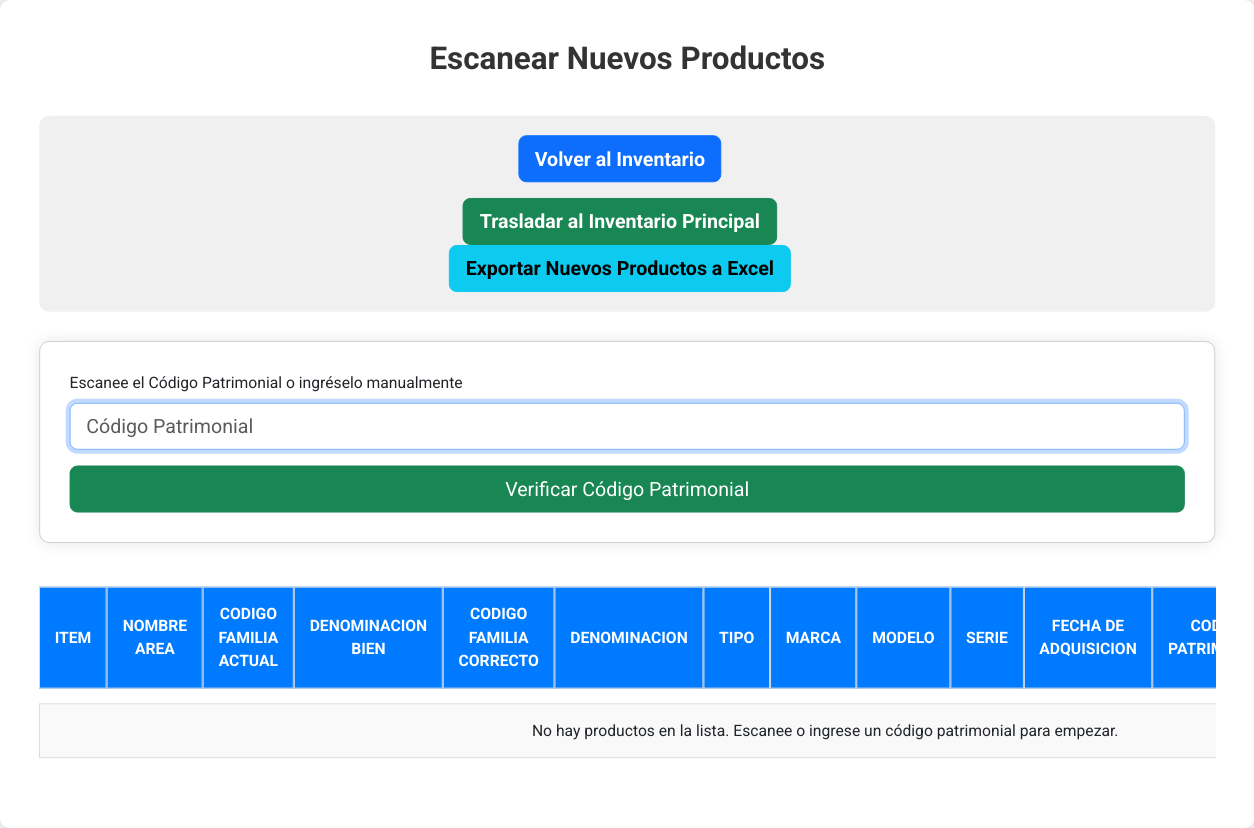
Repository: jorgemendozapachecoo-coder/PROYECTO-INVENTARIO-ESCANER-LOGISTICA-HJCM
Page: http://localhost/realinventario/new_products_scan.php
The author's editor kept a copy of each file at every save. The page is drawn from the files as they stood at one save, then again after the next save.
The browser window is 1280 px wide. The pictures show the whole page, at 98% of full size.
The page is run by PHP 8.4 with error messages shown; the project is at /var/www/html/. The session is filled in as if someone had signed in: {"id_usuario": 1, "nombre_usuario": "testuser", "tipo_usuario": "admin"}. Other server files are loaded and not shown. Queries for data that is not in the repository find no rows.

Above is the page before, as saved 2024-12-15 07:20:57.

### new_products_scan.php
<?php
require_once 'db.php';
session_start();

// Verificar si el usuario ha iniciado sesión
if (!isset($_SESSION['id_usuario'])) {
    header('Location: login.php');
    exit;
}

// Inicializar variables para manejar mensajes de éxito/error
$mensaje = '';
$mostrarFormulario = false;

// Añadir o buscar producto al escanear
if ($_SERVER['REQUEST_METHOD'] == 'POST' && isset($_POST['codigo_patrimonial'])) {
    $codigoPatrimonial = trim($_POST['codigo_patrimonial']);

    // Verificar si el producto ya existe en PRODUCTOS_NUEVOS
    $sqlCheckNuevos = "SELECT * FROM PRODUCTOS_NUEVOS WHERE CODIGO_PATRIMONIAL = ?";
    $stmtCheckNuevos = $conn->prepare($sqlCheckNuevos);
    $stmtCheckNuevos->bind_param("s", $codigoPatrimonial);
    $stmtCheckNuevos->execute();
    $resultCheckNuevos = $stmtCheckNuevos->get_result();

    if ($resultCheckNuevos->num_rows > 0) {
        // Si el producto ya existe en PRODUCTOS_NUEVOS, abrir el formulario para completarlo
        $productoExistente = $resultCheckNuevos->fetch_assoc();
        $mostrarFormulario = true; // Mostrar el formulario para llenar detalles adicionales
    } else {
        // Producto no existe en PRODUCTOS_NUEVOS, verificar si existe en INVENTARIO
        $sqlCheckInventario = "SELECT * FROM INVENTARIO WHERE CODIGO_PATRIMONIAL = ?";
        $stmtCheckInventario = $conn->prepare($sqlCheckInventario);
        $stmtCheckInventario->bind_param("s", $codigoPatrimonial);
        $stmtCheckInventario->execute();
        $resultCheckInventario = $stmtCheckInventario->get_result();

        if ($resultCheckInventario->num_rows > 0) {
            // Producto existe en INVENTARIO, agregar todos los datos a PRODUCTOS_NUEVOS
            $productoExistente = $resultCheckInventario->fetch_assoc();

            $fechaActual = date('Y-m-d');

            // Calcular la antigüedad
            $antiguedad = 0;
            if (!empty($productoExistente['FECHA_ADQUISICION'])) {
                $fechaAdquisicionDate = new DateTime($productoExistente['FECHA_ADQUISICION']);
                $hoy = new DateTime();
                $antiguedad = $hoy->diff($fechaAdquisicionDate)->y;
            }

            // Insertar producto en PRODUCTOS_NUEVOS con todos los datos
            $sqlInsert = "INSERT INTO PRODUCTOS_NUEVOS (CODIGO_PATRIMONIAL, NOMBRE_AREA, CODIGO_FAMILIA_ACTUAL, DENOMINACION_BIEN, CODIGO_FAMILIA_CORRECTO, DENOMINACION, TIPO, MARCA, MODELO, SERIE, FECHA_ADQUISICION, FECHA_ACTUAL, ANTIGUEDAD)
                          VALUES (?, ?, ?, ?, ?, ?, ?, ?, ?, ?, ?, ?, ?)";
            $stmtInsert = $conn->prepare($sqlInsert);
            $stmtInsert->bind_param(
                "ssssssssssssi",
                $productoExistente['CODIGO_PATRIMONIAL'],
                $productoExistente['NOMBRE_AREA'],
                $productoExistente['CODIGO_FAMILIA_ACTUAL'],
                $productoExistente['DENOMINACION_BIEN'],
                $productoExistente['CODIGO_FAMILIA_CORRECTO'],
                $productoExistente['DENOMINACION'],
                $productoExistente['TIPO'],
                $productoExistente['MARCA'],
                $productoExistente['MODELO'],
                $productoExistente['SERIE'],
                $productoExistente['FECHA_ADQUISICION'],
                $fechaActual,
                $antiguedad
            );

            if ($stmtInsert->execute()) {
                $mensaje = "El producto con el código patrimonial '{$codigoPatrimonial}' se ha añadido a la lista automáticamente.";
            } else {
                $mensaje = "Error al añadir el producto existente. Por favor, intenta de nuevo.";
            }
        } else {
            // Producto no existe en INVENTARIO ni en PRODUCTOS_NUEVOS, agregarlo automáticamente a PRODUCTOS_NUEVOS
            $fechaActual = date('Y-m-d');
            $sqlInsertNuevo = "INSERT INTO PRODUCTOS_NUEVOS (CODIGO_PATRIMONIAL, FECHA_ACTUAL) VALUES (?, ?)";
            $stmtInsertNuevo = $conn->prepare($sqlInsertNuevo);
            $stmtInsertNuevo->bind_param("ss", $codigoPatrimonial, $fechaActual);

            if ($stmtInsertNuevo->execute()) {
                $mensaje = "El nuevo producto con el código patrimonial '{$codigoPatrimonial}' se ha añadido a la lista.";
            } else {
                $mensaje = "Error al añadir el nuevo producto. Por favor, intenta de nuevo.";
            }
        }
    }
}

// Añadir nuevo producto si se completa el formulario
if ($_SERVER['REQUEST_METHOD'] == 'POST' && isset($_POST['nuevo_producto'])) {
    $codigoPatrimonial = trim($_POST['codigo_patrimonial']);
    $nombreArea = trim($_POST['nombre_area']);
    $codigoFamiliaActual = trim($_POST['codigo_familia_actual']);
    $denominacionBien = trim($_POST['denominacion_bien']);
    $codigoFamiliaCorrecto = trim($_POST['codigo_familia_correcto']);
    $denominacion = trim($_POST['denominacion']);
    $tipo = trim($_POST['tipo']);
    $marca = trim($_POST['marca']);
    $modelo = trim($_POST['modelo']);
    $serie = trim($_POST['serie']);
    $fechaAdquisicion = trim($_POST['fecha_adquisicion']);
    $fechaActual = date('Y-m-d');

    // Calcular la antigüedad
    $antiguedad = 0;
    if (!empty($fechaAdquisicion)) {
        $fechaAdquisicionDate = new DateTime($fechaAdquisicion);
        $hoy = new DateTime();
        $antiguedad = $hoy->diff($fechaAdquisicionDate)->y;
    }

    // Actualizar producto en PRODUCTOS_NUEVOS con los detalles adicionales
    $sqlUpdate = "UPDATE PRODUCTOS_NUEVOS SET NOMBRE_AREA = ?, CODIGO_FAMILIA_ACTUAL = ?, DENOMINACION_BIEN = ?, CODIGO_FAMILIA_CORRECTO = ?, DENOMINACION = ?, TIPO = ?, MARCA = ?, MODELO = ?, SERIE = ?, FECHA_ADQUISICION = ?, FECHA_ACTUAL = ?, ANTIGUEDAD = ? WHERE CODIGO_PATRIMONIAL = ?";
    $stmtUpdate = $conn->prepare($sqlUpdate);
    $stmtUpdate->bind_param(
        "sssssssssssis",
        $nombreArea,
        $codigoFamiliaActual,
        $denominacionBien,
        $codigoFamiliaCorrecto,
        $denominacion,
        $tipo,
        $marca,
        $modelo,
        $serie,
        $fechaAdquisicion,
        $fechaActual,
        $antiguedad,
        $codigoPatrimonial
    );

    if ($stmtUpdate->execute()) {
        $mensaje = "Producto actualizado correctamente con el código patrimonial '{$codigoPatrimonial}'.";
        // Redirigir para recargar la página y mostrar el producto actualizado
        header("Location: new_products_scan.php#inventoryTable");
        exit;
    } else {
        $mensaje = "Error al actualizar el producto. Por favor, intenta de nuevo.";
    }
}

// Eliminar producto de PRODUCTOS_NUEVOS
if (isset($_GET['delete_id'])) {
    $deleteId = intval($_GET['delete_id']);
    $sqlDelete = "DELETE FROM PRODUCTOS_NUEVOS WHERE ID = ?";
    $stmtDelete = $conn->prepare($sqlDelete);
    $stmtDelete->bind_param("i", $deleteId);
    $stmtDelete->execute();
    header("Location: new_products_scan.php");
    exit;
}

/// Transferir productos de PRODUCTOS_NUEVOS al INVENTARIO con ITEM incrementado
if (isset($_POST['transfer_products'])) {
    // Obtener todos los productos de PRODUCTOS_NUEVOS
    $sqlGetProducts = "SELECT * FROM PRODUCTOS_NUEVOS";
    $resultProducts = $conn->query($sqlGetProducts);

    if ($resultProducts && $resultProducts->num_rows > 0) {
        $transferCount = 0;

        // Iterar por cada producto y transferir
        while ($product = $resultProducts->fetch_assoc()) {
            // Obtener el último ITEM de la tabla INVENTARIO
            $sqlLastItem = "SELECT MAX(ITEM) AS last_item FROM INVENTARIO";
            $resultLastItem = $conn->query($sqlLastItem);
            $lastItemRow = $resultLastItem->fetch_assoc();
            $newItem = ($lastItemRow['last_item'] ?? 0) + 1; // Incrementar ITEM

            // Insertar el producto en INVENTARIO con ITEM incrementado
            $sqlInsertInventory = "INSERT INTO INVENTARIO (ITEM, CODIGO_PATRIMONIAL, NOMBRE_AREA, CODIGO_FAMILIA_ACTUAL, DENOMINACION_BIEN, CODIGO_FAMILIA_CORRECTO, DENOMINACION, TIPO, MARCA, MODELO, SERIE, FECHA_ADQUISICION, FECHA_ACTUAL, ANTIGÜEDAD)
                                   VALUES (?, ?, ?, ?, ?, ?, ?, ?, ?, ?, ?, ?, ?, ?)";
            $stmtInsertInventory = $conn->prepare($sqlInsertInventory);
            $stmtInsertInventory->bind_param(
                "issssssssssssi",
                $newItem,
                $product['CODIGO_PATRIMONIAL'],
                $product['NOMBRE_AREA'],
                $product['CODIGO_FAMILIA_ACTUAL'],
                $product['DENOMINACION_BIEN'],
                $product['CODIGO_FAMILIA_CORRECTO'],
                $product['DENOMINACION'],
                $product['TIPO'],
                $product['MARCA'],
                $product['MODELO'],
                $product['SERIE'],
                $product['FECHA_ADQUISICION'],
                $product['FECHA_ACTUAL'],
                $product['ANTIGÜEDAD']
            );

            if ($stmtInsertInventory->execute()) {
                $transferCount++;
            }
        }

        // Mensaje de éxito
        $mensaje = "Se trasladaron {$transferCount} productos al inventario principal.";
    } else {
        $mensaje = "No hay productos en la lista de nuevos productos para trasladar.";
    }
}


// Obtener datos de los productos nuevos
$sql = "SELECT * FROM PRODUCTOS_NUEVOS";
$result = $conn->query($sql);
?>

<!DOCTYPE html>
<html lang="es">
<head>
    <meta charset="UTF-8">
    <meta name="viewport" content="width=device-width, initial-scale=1">
    <title>Escanear Nuevos Productos - Sistema de Gestión</title>
    <!-- Enlace a Bootstrap -->
    <link href="https://cdn.jsdelivr.net/npm/bootstrap@5.3.0/dist/css/bootstrap.min.css" rel="stylesheet">
    <link href="https://fonts.googleapis.com/css2?family=Roboto:wght@400;700&display=swap" rel="stylesheet">
    <style>
        body {
            background-color: #f8f9fa;
            font-family: 'Roboto', sans-serif;
        }
        .container-fluid {
            padding: 40px;
            background-color: #ffffff;
            border-radius: 10px;
            box-shadow: 0px 0px 15px rgba(0, 0, 0, 0.2);
        }
        h2 {
            font-family: 'Roboto', sans-serif;
            font-weight: 700;
            text-align: center;
            margin-bottom: 40px;
            color: #333;
        }
        .button-container {
            background-color: #f0f0f0;
            padding: 20px;
            border-radius: 10px;
            margin-bottom: 30px;
        }
        .button-container .btn {
            margin-right: 15px;
            font-weight: bold;
        }
        .card {
            border-radius: 10px;
            box-shadow: 0px 0px 15px rgba(0, 0, 0, 0.1);
            padding: 30px;
            background-color: #ffffff;
            margin-bottom: 30px;
        }
        .table {
            table-layout: auto;
            border-collapse: separate;
            border-spacing: 0 15px;
        }
        .table th, .table td {
            text-align: center;
            vertical-align: middle;
            padding: 15px;
            border: 1px solid #ddd;
        }
        .table th {
            background-color: #007bff;
            color: #ffffff;
            font-weight: bold;
        }
        .table td {
            background-color: #f9f9f9;
        }
        .antiguedad-roja {
            background-color: #ff0000 !important; /* Fondo rojo fuerte para antigüedad mayor a 10 años */
            color: #ffffff !important; /* Texto blanco */
            font-weight: bold;
        }
        .btn-primary, .btn-warning, .btn-danger {
            font-weight: bold;
        }
    </style>
</head>
<body>
    <div class="container-fluid">
        <h2>Escanear Nuevos Productos</h2>
        <div class="button-container text-center mt-3">
    <a href="view_inventory.php" class="btn btn-primary btn-lg">Volver al Inventario</a>
    <form method="POST" action="new_products_scan.php" class="text-center mt-3">
    <button type="submit" name="transfer_products" class="btn btn-success btn-lg">
        Trasladar al Inventario Principal
    </button>
    </form>
    <a href="export_new_products.php" class="btn btn-info btn-lg">Exportar Nuevos Productos a Excel</a>
</div>
        <?php if ($mensaje): ?>
            <div class="alert alert-info text-center">
                <?php echo htmlspecialchars($mensaje ?? '', ENT_QUOTES, 'UTF-8'); ?>
            </div>
        <?php endif; ?>

        <!-- Escaneo o ingreso de código patrimonial -->
        <div class="card">
            <form method="POST" action="new_products_scan.php">
                <div class="mb-3">
                    <label for="barcodeInput" class="form-label">Escanee el Código Patrimonial o ingréselo manualmente</label>
                    <input type="text" id="barcodeInput" name="codigo_patrimonial" class="form-control form-control-lg" placeholder="Código Patrimonial" autofocus required>
                </div>
                <button type="submit" class="btn btn-success btn-lg w-100">Verificar Código Patrimonial</button>
            </form>
        </div>

        <!-- Formulario para agregar nuevo producto si se escanea por segunda vez -->
        <?php if ($mostrarFormulario): ?>
            <div class="card" id="newProductForm">
                <h3 class="text-center mb-4">Añadir Nuevo Producto</h3>
                <form method="POST" action="new_products_scan.php">
                    <input type="hidden" name="codigo_patrimonial" value="<?php echo htmlspecialchars($codigoPatrimonial ?? '', ENT_QUOTES, 'UTF-8'); ?>">
                    <!-- Agregar todos los encabezados -->
                    <div class="row">
                        <div class="col-md-6 mb-3">
                            <label for="nombre_area" class="form-label">Nombre Área</label>
                            <input type="text" id="nombre_area" name="nombre_area" class="form-control">
                        </div>
                        <div class="col-md-6 mb-3">
                            <label for="codigo_familia_actual" class="form-label">Código Familia Actual</label>
                            <input type="text" id="codigo_familia_actual" name="codigo_familia_actual" class="form-control">
                        </div>
                        <div class="col-md-6 mb-3">
                            <label for="denominacion_bien" class="form-label">Denominación Bien</label>
                            <input type="text" id="denominacion_bien" name="denominacion_bien" class="form-control">
                        </div>
                        <div class="col-md-6 mb-3">
                            <label for="codigo_familia_correcto" class="form-label">Código Familia Correcto</label>
                            <input type="text" id="codigo_familia_correcto" name="codigo_familia_correcto" class="form-control">
                        </div>
                        <div class="col-md-6 mb-3">
                            <label for="denominacion" class="form-label">Denominación</label>
                            <input type="text" id="denominacion" name="denominacion" class="form-control">
                        </div>
                        <div class="col-md-6 mb-3">
                            <label for="tipo" class="form-label">Tipo</label>
                            <input type="text" id="tipo" name="tipo" class="form-control">
                        </div>
                        <div class="col-md-6 mb-3">
                            <label for="marca" class="form-label">Marca <span class="text-danger">*</span></label>
                            <input type="text" id="marca" name="marca" class="form-control" required>
                        </div>
                        <div class="col-md-6 mb-3">
                            <label for="modelo" class="form-label">Modelo <span class="text-danger">*</span></label>
                            <input type="text" id="modelo" name="modelo" class="form-control" required>
                        </div>
                        <div class="col-md-6 mb-3">
                            <label for="serie" class="form-label">Serie</label>
                            <input type="text" id="serie" name="serie" class="form-control">
                        </div>
                        <div class="col-md-6 mb-3">
                            <label for="fecha_adquisicion" class="form-label">Fecha de Adquisición</label>
                            <input type="date" id="fecha_adquisicion" name="fecha_adquisicion" class="form-control">
                        </div>
                    </div>
                    <button type="submit" name="nuevo_producto" class="btn btn-primary w-100">Añadir Nuevo Producto</button>
                </form>
            </div>
        <?php endif; ?>

        <!-- Tabla de productos escaneados recientemente -->
        <div class="table-responsive mt-4">
            <table class="table table-bordered table-hover" id="inventoryTable">
                <thead>
                    <tr>
                        <th>ITEM</th>
                        <th>NOMBRE AREA</th>
                        <th>CODIGO FAMILIA ACTUAL</th>
                        <th>DENOMINACION BIEN</th>
                        <th>CODIGO FAMILIA CORRECTO</th>
                        <th>DENOMINACION</th>
                        <th>TIPO</th>
                        <th>MARCA</th>
                        <th>MODELO</th>
                        <th>SERIE</th>
                        <th>FECHA DE ADQUISICION</th>
                        <th>CODIGO PATRIMONIAL</th>
                        <th>FECHA ACTUAL</th>
                        <th>ANTIGÜEDAD</th>
                        <th>ACCIONES</th>
                    </tr>
                </thead>
                <tbody>
                    <?php
                    // Mostrar los productos nuevos desde PRODUCTOS_NUEVOS
                    if ($result && $result->num_rows > 0) {
                        while ($row = $result->fetch_assoc()) {
                            // Calcular la antigüedad basada en la fecha de adquisición
                            $fechaAdquisicion = $row['FECHA_ADQUISICION'];
                            $antiguedad = 0;
                            if ($fechaAdquisicion != '0000-00-00' && !empty($fechaAdquisicion)) {
                                $fechaAdquisicionDate = new DateTime($fechaAdquisicion);
                                $hoy = new DateTime();
                                $antiguedad = $hoy->diff($fechaAdquisicionDate)->y;
                            }

                            // Determinar la clase CSS basada en la antigüedad
                            $antiguedadClass = ($antiguedad > 10) ? 'antiguedad-roja' : '';

                            echo "<tr data-codigo-patrimonial='" . htmlspecialchars($row['CODIGO_PATRIMONIAL'], ENT_QUOTES, 'UTF-8') . "'>";
                            echo "<td>" . htmlspecialchars($row['ID'] ?? '', ENT_QUOTES, 'UTF-8') . "</td>";
                            echo "<td>" . htmlspecialchars($row['NOMBRE_AREA'] ?? '', ENT_QUOTES, 'UTF-8') . "</td>";
                            echo "<td>" . htmlspecialchars($row['CODIGO_FAMILIA_ACTUAL'] ?? '', ENT_QUOTES, 'UTF-8') . "</td>";
                            echo "<td>" . htmlspecialchars($row['DENOMINACION_BIEN'] ?? '', ENT_QUOTES, 'UTF-8') . "</td>";
                            echo "<td>" . htmlspecialchars($row['CODIGO_FAMILIA_CORRECTO'] ?? '', ENT_QUOTES, 'UTF-8') . "</td>";
                            echo "<td>" . htmlspecialchars($row['DENOMINACION'] ?? '', ENT_QUOTES, 'UTF-8') . "</td>";
                            echo "<td>" . htmlspecialchars($row['TIPO'] ?? '', ENT_QUOTES, 'UTF-8') . "</td>";
                            echo "<td>" . htmlspecialchars($row['MARCA'] ?? '', ENT_QUOTES, 'UTF-8') . "</td>";
                            echo "<td>" . htmlspecialchars($row['MODELO'] ?? '', ENT_QUOTES, 'UTF-8') . "</td>";
                            echo "<td>" . htmlspecialchars($row['SERIE'] ?? '', ENT_QUOTES, 'UTF-8') . "</td>";
                            echo "<td>" . htmlspecialchars($fechaAdquisicion ?? '', ENT_QUOTES, 'UTF-8') . "</td>";
                            echo "<td>" . htmlspecialchars($row['CODIGO_PATRIMONIAL'] ?? '', ENT_QUOTES, 'UTF-8') . "</td>";
                            echo "<td>" . htmlspecialchars($row['FECHA_ACTUAL'] ?? '', ENT_QUOTES, 'UTF-8') . "</td>";
                            echo "<td class='" . $antiguedadClass . "'>" . htmlspecialchars($antiguedad, ENT_QUOTES, 'UTF-8') . "</td>";
                            echo "<td>
                                    <a href='edit_new_product.php?id=" . htmlspecialchars($row['ID'] ?? '', ENT_QUOTES, 'UTF-8') . "' class='btn btn-warning btn-sm'>Editar</a>
                                    <a href='new_products_scan.php?delete_id=" . htmlspecialchars($row['ID'] ?? '', ENT_QUOTES, 'UTF-8') . "' class='btn btn-danger btn-sm' onclick='return confirm(\"¿Estás seguro de que deseas eliminar este producto?\");'>Eliminar</a>
                                  </td>";
                            echo "</tr>";
                        }
                    } else {
                        echo "<tr><td colspan='15' class='text-center'>No hay productos en la lista. Escanee o ingrese un código patrimonial para empezar.</td></tr>";
                    }
                    ?>
                </tbody>
            </table>
        </div>
    </div>

    <!-- Enlace a JavaScript de Bootstrap -->
    <script src="https://cdn.jsdelivr.net/npm/bootstrap@5.3.0/dist/js/bootstrap.bundle.min.js"></script>
</body>
</html>

### db.php
<?php
// Mostrar errores para depuración
error_reporting(E_ALL);
ini_set('display_errors', 1);

// Definiciones de conexión a la base de datos
$servername = "localhost";
$username = "root"; // Cambia si usas otro usuario de MySQL
$password = ""; // Cambia si tu usuario tiene contraseña
$dbname = "realinventario";

// Crear la conexión a la base de datos usando MySQLi
$conn = new mysqli($servername, $username, $password, $dbname);

// Verificar la conexión
if ($conn->connect_error) {
    die("Conexión fallida: " . $conn->connect_error);
}

// Opcional: configurar el conjunto de caracteres para evitar problemas con acentos y caracteres especiales
$conn->set_charset("utf8");
?>

After the next save:
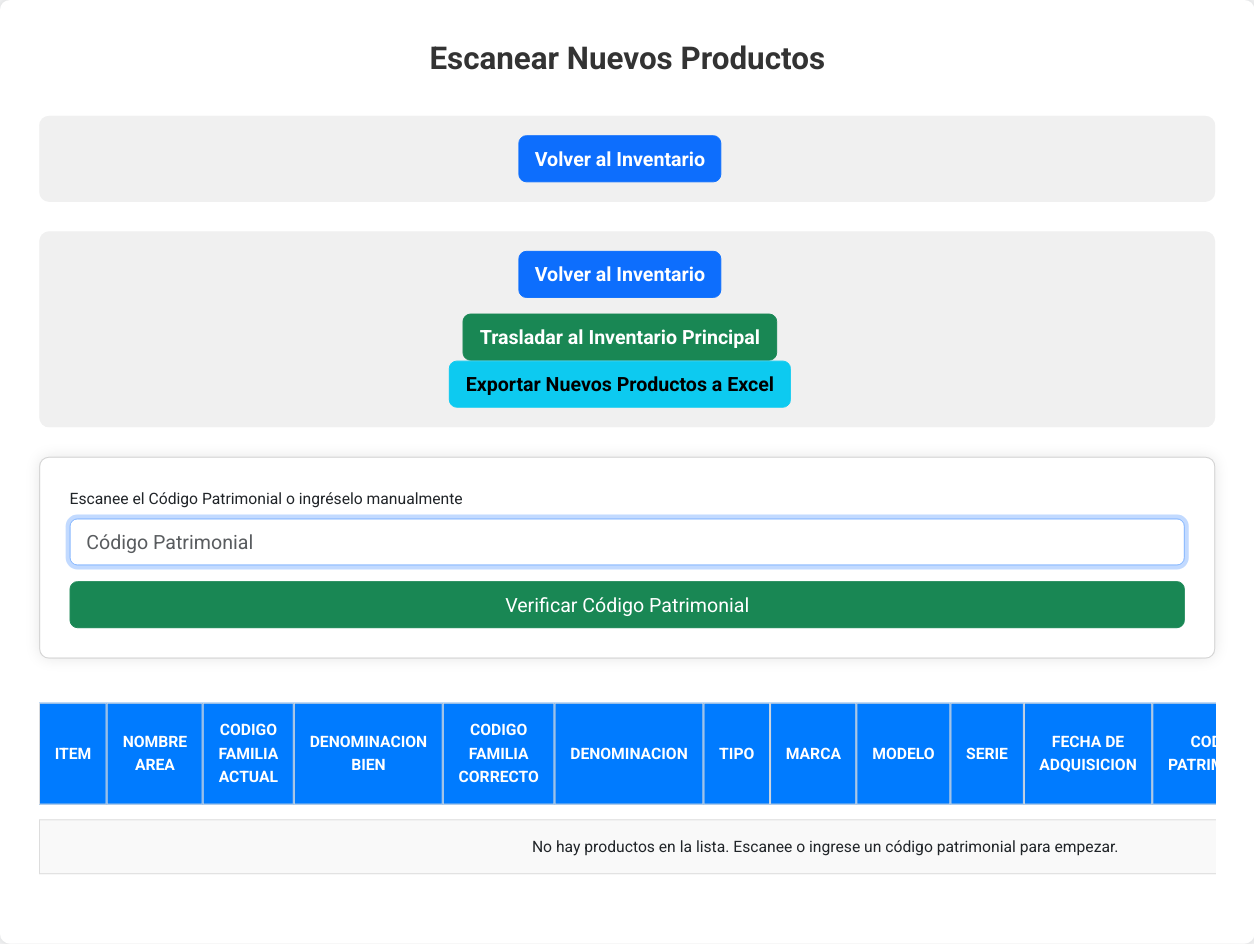
Saved 44 s later.
--- a/new_products_scan.php
+++ b/new_products_scan.php
@@ -288,6 +288,9 @@ $result = $conn->query($sql);
 <body>
     <div class="container-fluid">
         <h2>Escanear Nuevos Productos</h2>
+        <div class="button-container text-center">
+            <a href="view_inventory.php" class="btn btn-primary btn-lg">Volver al Inventario</a>
+        </div>
         <div class="button-container text-center mt-3">
     <a href="view_inventory.php" class="btn btn-primary btn-lg">Volver al Inventario</a>
     <form method="POST" action="new_products_scan.php" class="text-center mt-3">
